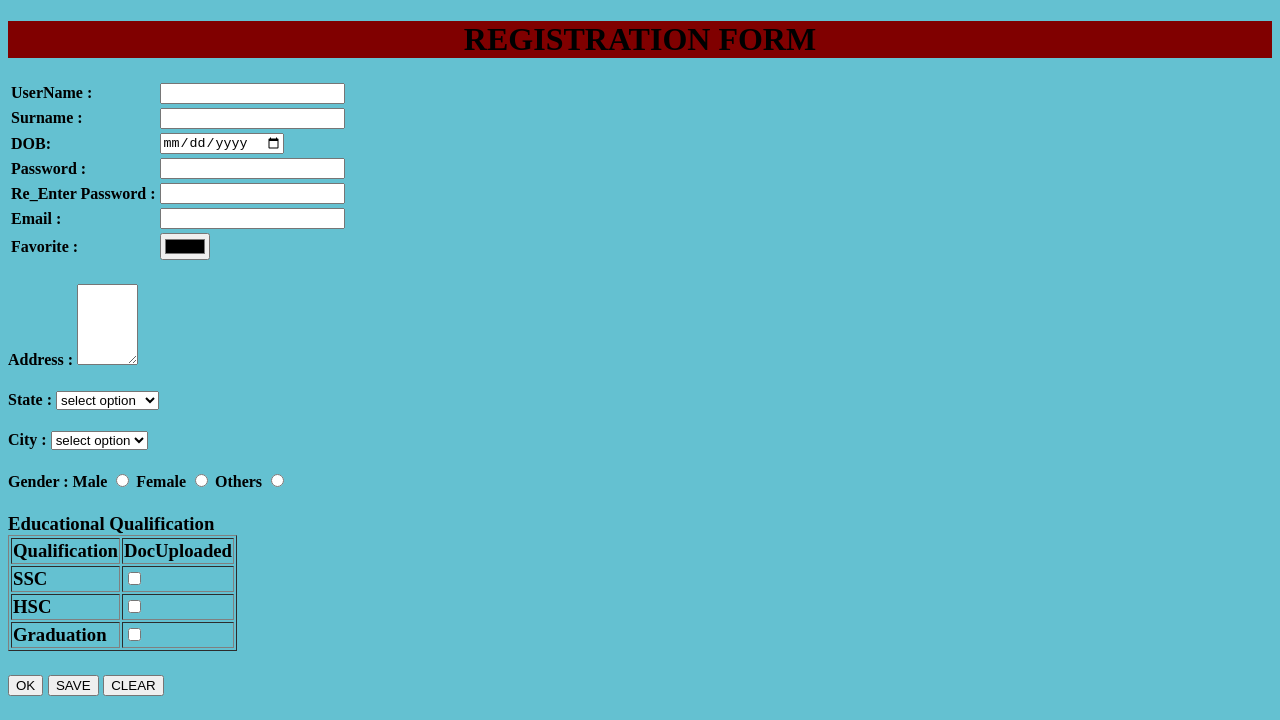
Repository: AJEET006/AdvanceJava-DSA
Page: ADVANCE_JAVA/HW_Example/WebContent/RegistrationForm.html
The author's editor kept a copy of each file at every save. The page is drawn from the files as they stood at one save, then again after the next save.
The browser window is 1280 px wide. The pictures show the whole page.

Above is the page before, as saved 2022-06-21 19:01:48.

### ADVANCE_JAVA/HW_Example/WebContent/RegistrationForm.html
<!DOCTYPE html>
<html>
<head>
<meta charset="ISO-8859-1">
<title>Insert title here</title>
</head>
<body style="background-color: rgb(100, 193, 209);">
	<form>
		<h1 style="background: maroon;">
			<bg>
			<center>REGISTRATION FORM</center>
			</bg>
		</h1>
		<h4>
		<table>
			<tr>
				<td>UserName :</td>

				<td><input type="text" name="" /></td>
			</tr>
			<tr>
				<td>Surname :</td>
				<td><input type="text" /></td>
			</tr>
			<tr>
				<td>DOB:</td>
				<td><input type="date" /></td>
			</tr>
			<tr>
				<td>Password :</td>
				<td><input type="password" /></td>
			</tr>
			<tr>
			<td> Re_Enter Password :</td>
			<td><input type="password" /></td>
			</tr>
			<tr>
			<td>  Email :</td>
			<td><input type="email" /></td>
			</tr>
			<tr>
				<td> Favorite :</td>
				<td><input type="color" /></td>
			</tr>
		</table>
		<h4>
		<h4>
			Address :
			<textarea rows="5" cols="5"></textarea>
		</h4>
		<h4>
			State : <select name="State">
				<option>select option</option>
				<option>Uttar pradesh</option>
				<option>Maharashtra</option>
				<option>Rajasthan</option>
				<option>Punjab</option>
				<option>Bihar</option>

			</select>
		</h4>
		<h4>
			City : <select name="City">
				<option>select option</option>
				<option>Prayagraj</option>
				<option>Pune</option>
				<option>Chennai</option>
				<option>Hydarabad</option>
				<option>Darbhanga</option>

			</select>
		</h4>



		<h4>
			Gender : Male <input type="radio" name="gender" /> Female <input
				type="radio" name="gender" /> Others <input type="radio"
				name="gender" />
		</h4>
		<h3>
			Educational Qualification
			<table border="1">
				<tr>
					<th>Qualification</th>
					<th>DocUploaded</th>

				</tr>
				<tr>
					<td>SSC</td>
					<td><input type="checkbox" name="SSC"></td>
				</tr>
				<tr>
					<td>HSC</td>
					<td><input type="checkbox" name="HSC"></td>
				</tr>
				<tr>
					<td>Graduation</td>
					<td><input type="checkbox" name="Graduation"></td>
				</tr>
			</table>
			<br /> <input type="button" value="OK"> <input type="button"
				value="SAVE"> <input type="button" value="CLEAR">

		</h3>

	</form>
</body>
</html>

After the next save:
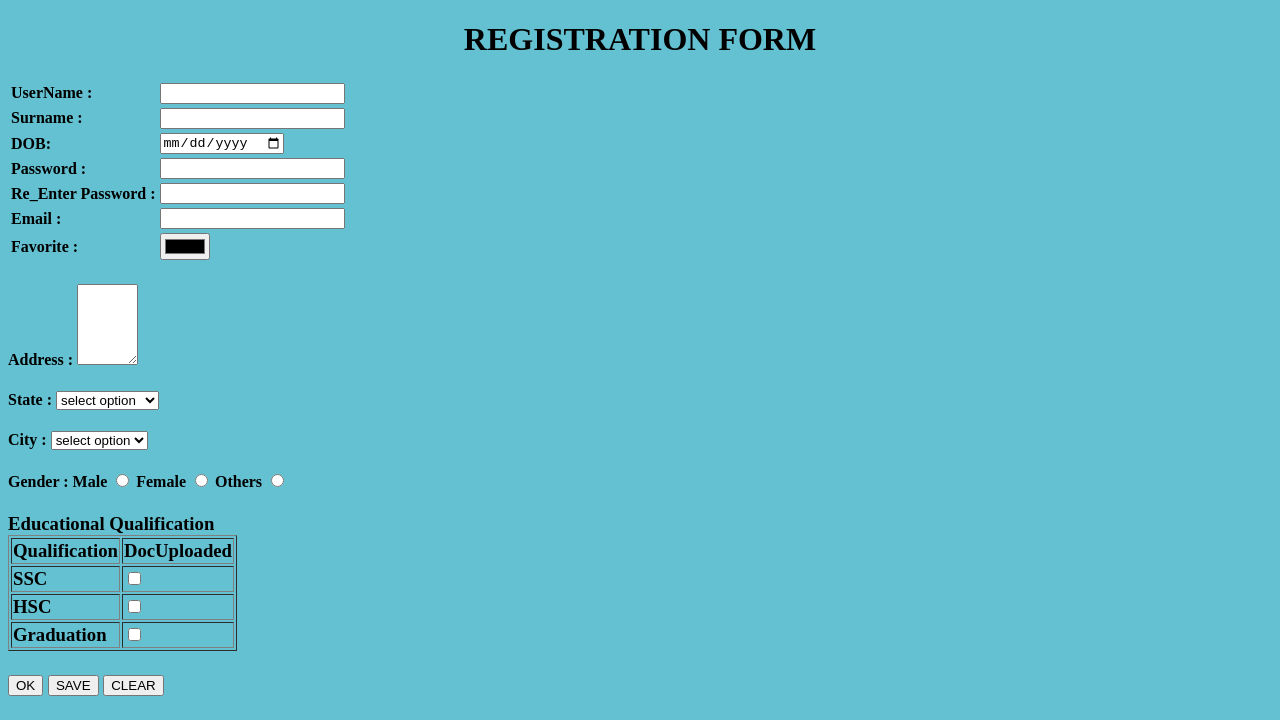
Saved 46 s later.
--- a/ADVANCE_JAVA/HW_Example/WebContent/RegistrationForm.html
+++ b/ADVANCE_JAVA/HW_Example/WebContent/RegistrationForm.html
@@ -6,7 +6,7 @@
 </head>
 <body style="background-color: rgb(100, 193, 209);">
 	<form>
-		<h1 style="background: maroon;">
+		<h1 style=border: >
 			<bg>
 			<center>REGISTRATION FORM</center>
 			</bg>
